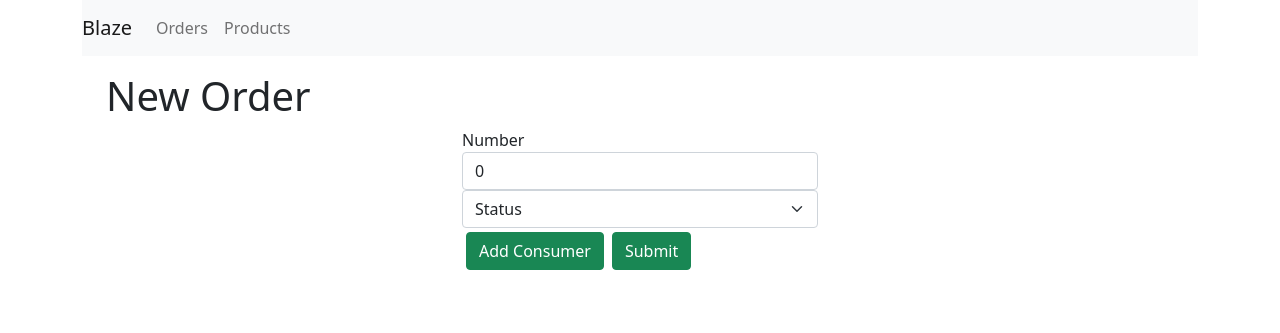
Repository: Isamae/Fractal
Page: /orders/order (app in frond/)
These files come from the project's save history. The page is drawn as it stood at one moment and after the next save; the edit follows.
The browser window is 1280 px wide. The pictures show the whole page.
The project was rebuilt for these pictures with package versions that can differ from the ones it lists, and the page was loaded fresh each time. Also part of the build but not shown: frond/src/App.css, frond/src/components/ProductComponent.js, frond/src/components/OrderComponent.js, frond/src/components/AddProductComponent.js, frond/src/components/EditProductComponent.js.

Above is the page before, as saved 2021-09-17 17:53:59.

### frond/src/index.js
import React from 'react';
import ReactDOM from 'react-dom';
import { BrowserRouter } from "react-router-dom";

import App from './App';
import * as serviceWorker from "./serviceWorker";


ReactDOM.render(
  <BrowserRouter>
    <App />
  </BrowserRouter>,
  document.getElementById('root')
);

serviceWorker.unregister();

### frond/src/App.js
import React, { Component } from "react";
import { Switch, Route, Link } from "react-router-dom";

import 'bootstrap/dist/css/bootstrap.min.css'
import './App.css';

import ProductComponent from "./components/ProductComponent";
import OrderComponent from "./components/OrderComponent";
import AddProductComponent from "./components/AddProductComponent";
import AddOrderComponent from "./components/AddOrderComponent";
import EditProductComponent from "./components/EditProductComponent";

class App extends Component {
  render() {
    return (
      <div className="container">
          <nav className="navbar navbar-expand-lg navbar-light bg-light">
              <Link to={"/orders"} className="navbar-brand">
                Blaze
              </Link>
              <div className="navbar-nav mr-auto">
                  <li className="nav-item">
                      <Link to={"/orders"} className="nav-link">
                          Orders
                      </Link>
                  </li>
                  <li className="nav-item">
                      <Link to={"/products"} className="nav-link">
                        Products
                      </Link>
                  </li>
              </div>
          </nav>

          <div className="container mt-3">
              <Switch>
                  <Route exact path="/products" component={ProductComponent} />
                  <Route exact path={["/", "/orders"]} component={OrderComponent} />
                  <Route exact path="/products/product" component={AddProductComponent} />
                  <Route exact path="/orders/order" component={AddOrderComponent} />
                  <Route path="/products/product/:id" component={EditProductComponent} />
              </Switch>
          </div>
      </div>
    );
  }
}

export default App;

### frond/src/serviceWorker.js
const isLocalhost = Boolean(
  window.location.hostname === 'localhost' ||
    // [::1] is the IPv6 localhost address.
    window.location.hostname === '[::1]' ||
    // 127.0.0.0/8 are considered localhost for IPv4.
    window.location.hostname.match(
      /^127(?:\.(?:25[0-5]|2[0-4][0-9]|[01]?[0-9][0-9]?)){3}$/
    )
);

export function register(config) {
  if (process.env.NODE_ENV === 'production' && 'serviceWorker' in navigator) {
    // The URL constructor is available in all browsers that support SW.
    const publicUrl = new URL(process.env.PUBLIC_URL, window.location.href);
    if (publicUrl.origin !== window.location.origin) {
      // Our service worker won't work if PUBLIC_URL is on a different origin
      // from what our page is served on. This might happen if a CDN is used to
      return;
    }

    window.addEventListener('load', () => {
      const swUrl = `${process.env.PUBLIC_URL}/service-worker.js`;

      if (isLocalhost) {
        // This is running on localhost. Let's check if a service worker still exists or not.
        checkValidServiceWorker(swUrl, config);

        // Add some additional logging to localhost, pointing developers to the
        // service worker/PWA documentation.
        navigator.serviceWorker.ready.then(() => {
          console.log(
            'This web app is being served cache-first by a service ' +
              'worker. To learn more, visit https://bit.ly/CRA-PWA'
          );
        });
      } else {
        // Is not localhost. Just register service worker
        registerValidSW(swUrl, config);
      }
    });
  }
}

function registerValidSW(swUrl, config) {
  navigator.serviceWorker
    .register(swUrl)
    .then(registration => {
      registration.onupdatefound = () => {
        const installingWorker = registration.installing;
        if (installingWorker == null) {
          return;
        }
        installingWorker.onstatechange = () => {
          if (installingWorker.state === 'installed') {
            if (navigator.serviceWorker.controller) {
              // At this point, the updated precached content has been fetched,
              // but the previous service worker will still serve the older
              // content until all client tabs are closed.
              console.log(
                'New content is available and will be used when all ' +
                  'tabs for this page are closed. See https://bit.ly/CRA-PWA.'
              );

              // Execute callback
              if (config && config.onUpdate) {
                config.onUpdate(registration);
              }
            } else {
              // At this point, everything has been precached.
              // It's the perfect time to display a
              // "Content is cached for offline use." message.
              console.log('Content is cached for offline use.');

              // Execute callback
              if (config && config.onSuccess) {
                config.onSuccess(registration);
              }
            }
          }
        };
      };
    })
    .catch(error => {
      console.error('Error during service worker registration:', error);
    });
}

function checkValidServiceWorker(swUrl, config) {
  // Check if the service worker can be found. If it can't reload the page.
  fetch(swUrl, {
    headers: { 'Service-Worker': 'script' }
  })
    .then(response => {
      // Ensure service worker exists, and that we really are getting a JS file.
      const contentType = response.headers.get('content-type');
      if (
        response.status === 404 ||
        (contentType != null && contentType.indexOf('javascript') === -1)
      ) {
        // No service worker found. Probably a different app. Reload the page.
        navigator.serviceWorker.ready.then(registration => {
          registration.unregister().then(() => {
            window.location.reload();
          });
        });
      } else {
        // Service worker found. Proceed as normal.
        registerValidSW(swUrl, config);
      }
    })
    .catch(() => {
      console.log(
        'No internet connection found. App is running in offline mode.'
      );
    });
}

export function unregister() {
  if ('serviceWorker' in navigator) {
    navigator.serviceWorker.ready
      .then(registration => {
        registration.unregister();
      })
      .catch(error => {
        console.error(error.message);
      });
  }
}

### frond/src/components/AddOrderComponent.js
import { Modal } from 'react-bootstrap';
import React, { Component } from "react";
import Routes from "../services/routes.service";

class AddOrder extends Component {
    constructor(props) {
        super(props);
        this.onChangeNumber = this.onChangeNumber.bind(this);
        this.onChangeConsumer = this.onChangeConsumer.bind(this);
        this.onChangeStatus = this.onChangeStatus.bind(this);
        this.addConsumer = this.addConsumer.bind(this);
        this.saveOrder = this.saveOrder.bind(this);
        this.newOrder = this.newOrder.bind(this);

        this.state = {
            show:false,
            id: null,
            order_number: 0,
            order_status: "",
            order_date: Date.now(),
            total_taxes: 0.0,
            total_amount:0.0,
            consumer:{
                _id:null,
                name:"",
            },

            submitted: false,
            submittedConsumer: false
        };
    }

    setShow(showModal){
        this.setState({
            show: showModal,
            submittedConsumer : false
        });
    }

    handleClose = () => this.setShow(false);

    handleShow = () => this.setShow(true);

    onChangeNumber(e) {
        this.setState({
            order_number: e.target.value
        });
    }

    onChangeStatus(e) {
        this.setState({
            order_status: e.target.value
        });
    }

    onChangeConsumer(e){
        const name = e.target.value
        this.setState(function(prevState) {
            return {
                consumer: {
                    ...prevState.consumer,
                    name: name
                }
            };
        });
    }

    addConsumer(){

        var data = {
            name: this.state.consumer.name,

        };

        Routes.createConsumer(data)
            .then(response => {
                this.setState(function(prevState) {
                    return {
                        consumer: {
                            ...prevState.consumer,
                            _id: response.data._id,
                            name:response.data.name
                        }
                    };
                });
                this.setState({
                    submittedConsumer : true
                })
            })
            .catch(e => {
                console.log(e);
        });
    }

    saveOrder() {

        var data = {
            order_number: this.state.order_number,
            order_status: this.state.order_status,
            order_date: this.state.order_date,
            consumer: this.state.consumer,

        };
        console.log(data);

        Routes.createOrder(data)
            .then(response => {
                console.log("Datos enviados");
                this.setState({
                    id: response.data._id,
                    order_number: response.data.order_number,
                    order_status: response.data.order_status,
                    order_date: response.data.order_date,
                    consumer: response.data.consumer,
                    total_taxes: response.data.total_taxes,
                    total_amount:response.data.total_amount,

                    submitted: true
                });
                console.log(response.data);
            })
            .catch(e => {
                console.log(e);
            });
    }

    newOrder() {
        this.setState({
            id: null,
            order_number: 0,
            order_status: "",
            order_date: Date.now(),
            total_taxes: 0.0,
            total_amount:0.0,
            consumer:{
                id:null,
                name:"",
            },

            submitted: false
        });
    }

    render() {
        return (
            <div  className="container ">
                <div className="d-flex flex-row"><h1>New Order</h1></div>

                <div className="submit-form  d-flex justify-content-center">
                    {this.state.submitted ? (
                    <div>
                        <h4>You submitted successfully!</h4>
                        <button className="btn btn-success" onClick={this.newOrder}>
                            Add
                        </button>
                    </div>
                    ) : (
                    <div className="col-4 ">
                        <div className="form-group">
                            <label htmlFor="name">Number</label>
                            <input
                                type="number"
                                className="form-control"
                                id="order_number"
                                required
                                value={this.state.order_number}
                                onChange={this.onChangeNumber}
                                name="order_number"
                            />
                        </div>

                        <div className="form-group">
                            <select className="form-select"
                                id="active"
                                required
                                value={this.state.active}
                                onChange={this.onChangeStatus}
                                name="active">
                                <option selected>Status</option>
                                <option value="Pending">Pending</option>
                                <option value="Completed">Completed</option>
                                <option value="Rejected">Rejected</option>
                            </select>
                        </div>

                        <button onClick={this.handleShow}class="btn btn-success m-1">Add Consumer</button>
                        <button onClick={this.saveOrder} className="btn btn-success  m-1">
                            Submit
                        </button>
                    </div>
                    )}
                </div>
                {/* <!--- Model Box ---> */}
                <div className="model_box">
                    <Modal
                        show={this.state.show}
                        onHide={this.handleClose}
                        backdrop="static"
                        keyboard={false}
                    >
                        <Modal.Header closeButton>
                        <Modal.Title>Add Consumer</Modal.Title>
                        </Modal.Header>
                            <Modal.Body>
                                {this.state.submittedConsumer ?(<div><h4>You submitted successfully!</h4></div>):(<div></div>)}
                                <div class="form-group mt-3">
                                    <input type="text" class="form-control" id="name_consumer" placeholder="Enter Consumer"
                                    required
                                    value={this.state.consumer.name}
                                    onChange={this.onChangeConsumer}/>
                                </div>

                                <button onClick={this.addConsumer} class="btn btn-success mt-4">Add Consumer</button>
                            </Modal.Body>

                        <Modal.Footer>
                            <button onClick={this.handleClose} class="btn btn-success mt-4">Close</button>
                        </Modal.Footer>
                    </Modal>
                </div>
                {/* Model Box Finsihs */}

            </div>
        );
    }
}

export default AddOrder;

### frond/src/services/routes.service.js
import http from '../http';

class Routes{
    /*Product*/
    getAllProducts(){
        return http.get("/products/");
    }

    createProduct(data) {
        return http.post("/products/product", data);
    }

    updateProduct(id, data) {
        return http.put(`/products/product/${id}`, data);
    }

    deleteProduct(id) {
        return http.delete(`/products/product/${id}`);
    }

    getProduct(id) {
        return http.get(`/products/product/dato/${id}`);
    }

    /*Orders*/

    getAllOrders(){
        return http.get("/orders/");
    }

    createOrder(data) {
        return http.post("/orders/order", data);
    }

    /*Consumer*/

    createConsumer(data) {
        return http.post("/consumers/consumer", data);
    }
}

export default new Routes();

Loaded but not shown: frond/public/index.html (common file); frond/src/http.js (common file)

After the next save:
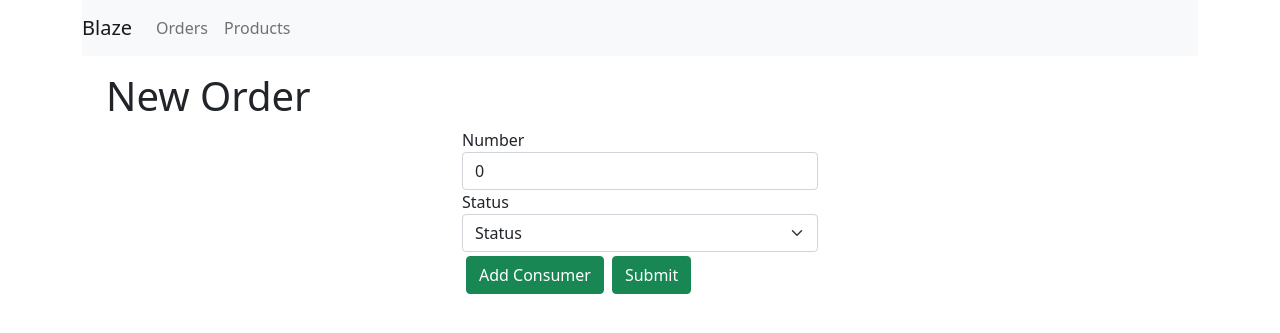
Saved 31 s later.
--- a/frond/src/components/AddOrderComponent.js
+++ b/frond/src/components/AddOrderComponent.js
@@ -170,6 +170,7 @@ class AddOrder extends Component {
                         </div>
 
                         <div className="form-group">
+                            <label htmlFor="name">Status</label>
                             <select className="form-select"
                                 id="active"
                                 required
